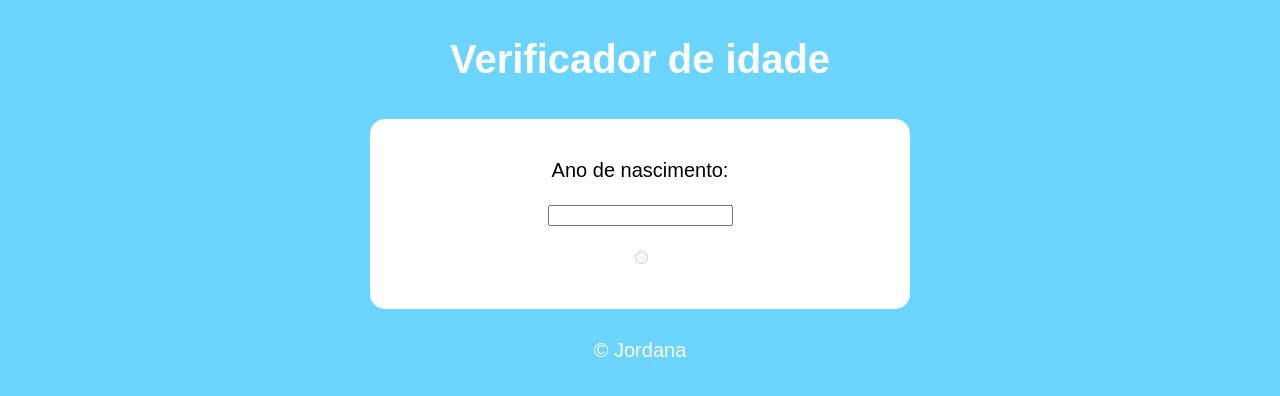
Repository: Iamjordana/Curso-JavaScript
Page: desafio/d02/index.html
An editor plug-in stored every save of this project. The page is shown before and after a run of saves, followed by the edit.
The browser window is 1280 px wide. The pictures show the whole page.

Above is the page before, as saved 2025-02-20 13:38:55.

### desafio/d02/index.html
<!DOCTYPE html>
<html lang="pt-br">
<head>
    <meta charset="UTF-8">
    <meta name="viewport" content="width=device-width, initial-scale=1.0">
    <title>Modelo Exercicio 2</title>
    <link rel="stylesheet" href="style.css">
</head>
<body>
    <header>
        <h1>Verificador de idade</h1>
    </header>
    <section>
        <div>
           <p>Ano de nascimento:</p>
           <input type="number" name="txtano" id="txtano" min="0">
           <p><input type="radio" name="res" id="res" disabled></p>
        </div>
        <div id="res">

        </div>
    </section>
    <footer>
        <p>&copy; Jordana</p>
    </footer>
    <script src="script.js"></script>
</body>
</html>

### desafio/d02/style.css
@charset "UTF-8";

body {
  font: normal 15pt Arial, sans-serif;
  background-color: #6bd5ff;
  margin: 0;
  padding: 0;
}

header {
  color: white;
  text-align: center;
  padding: 10px 0;
}

div {
  margin: 0 auto;
  width: 80%;
  text-align: center;
}

section {
  background-color: white;
  padding: 20px;
  border-radius: 15px;
  width: 500px;
  margin: auto;
}

footer {
  color: #ffffff;
  text-align: center;
  padding: 10px 0;
  border-radius: 15px;
}

Loaded but not shown: desafio/d02/script.js (no copy from this time; the picture is the same without it)

After the next 3 saves:
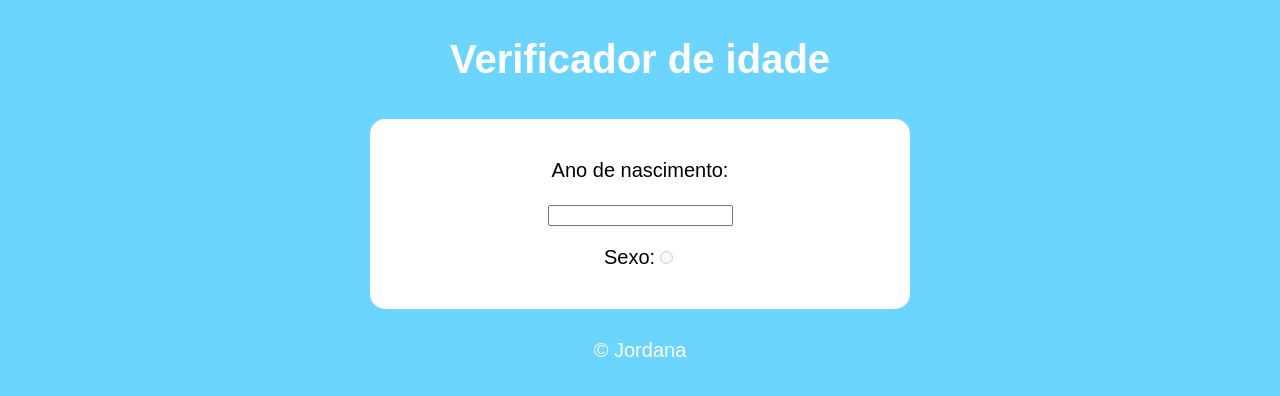
The 3 saves are shown as one change because they came seconds apart.
The last was saved 13 s later.
--- a/desafio/d02/index.html
+++ b/desafio/d02/index.html
@@ -14,7 +14,7 @@
         <div>
            <p>Ano de nascimento:</p>
            <input type="number" name="txtano" id="txtano" min="0">
-           <p><input type="radio" name="res" id="res" disabled></p>
+           <p>Sexo:<input type="radio" name="res" id="res" disabled></p>
         </div>
         <div id="res">
 
